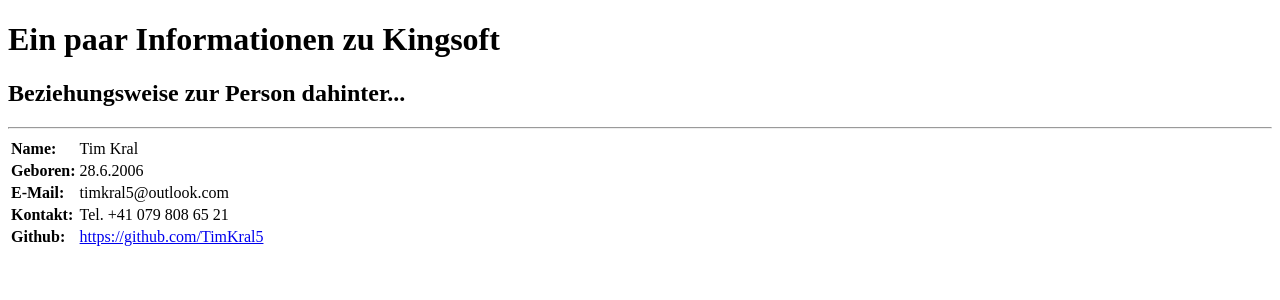
Repository: TimKral5/WikiPage
Page: Homepage/pages/about/about.htm
The author's editor kept a copy of each file at every save. The page is drawn from the files as they stood at one save, then again after the next save.
The browser window is 1280 px wide. The pictures show the whole page.

Above is the page before, as saved 2022-11-10 23:08:12.

### Homepage/pages/about/about.htm
<!DOCTYPE html>
<html lang="en">

<head>
    <meta charset="UTF-8">
    <meta http-equiv="X-UA-Compatible" content="IE=edge">
    <meta name="viewport" content="width=device-width, initial-scale=1.0">
    <title>Test</title>

    <link rel="stylesheet" href="style.css">
</head>

<body>
    <h1>Ein paar Informationen zu Kingsoft</h1>
    <h2>Beziehungsweise zur Person dahinter...</h2>
    <hr>
    <table>
        <tr>
            <td><b>Name:</b></td>
            <td>Tim Kral</td>
        </tr>
        <tr>
            <td><b>Geboren:</b></td>
            <td>28.6.2006</td>
        </tr>
        <tr>
            <td><b>E-Mail:</b></td>
            <td>timkral5@outlook.com</td>
        </tr>
        <tr>
            <td><b>Kontakt:</b></td>
            <td>Tel. +41 079 808 65 21</td>
        </tr>
        <tr>
            <td><b>Github:</b></td>
            <td><a href="https://github.com/TimKral5">https://github.com/TimKral5</a></td>
        </tr>
    </table>
</body>

</html>

### Homepage/pages/about/style.css
table {
    font-size: 16px;
}

After the next save:
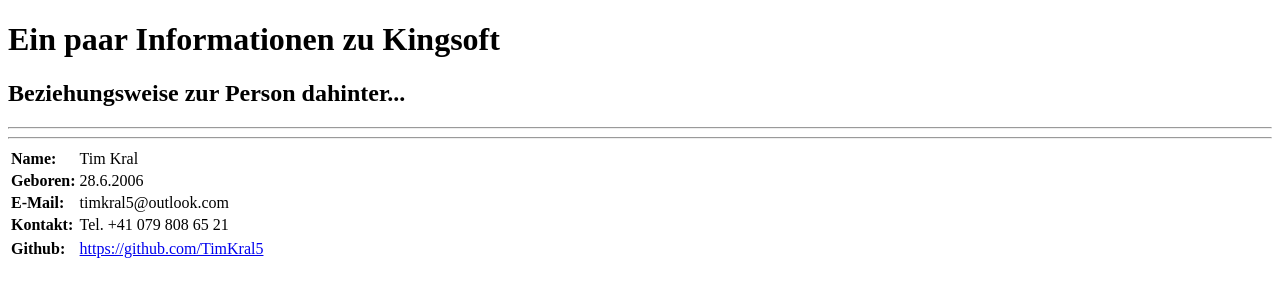
Saved 16 s later.
--- a/Homepage/pages/about/about.htm
+++ b/Homepage/pages/about/about.htm
@@ -31,6 +31,7 @@
             <td><b>Kontakt:</b></td>
             <td>Tel. +41 079 808 65 21</td>
         </tr>
+        <tr><hr></tr>
         <tr>
             <td><b>Github:</b></td>
             <td><a href="https://github.com/TimKral5">https://github.com/TimKral5</a></td>
